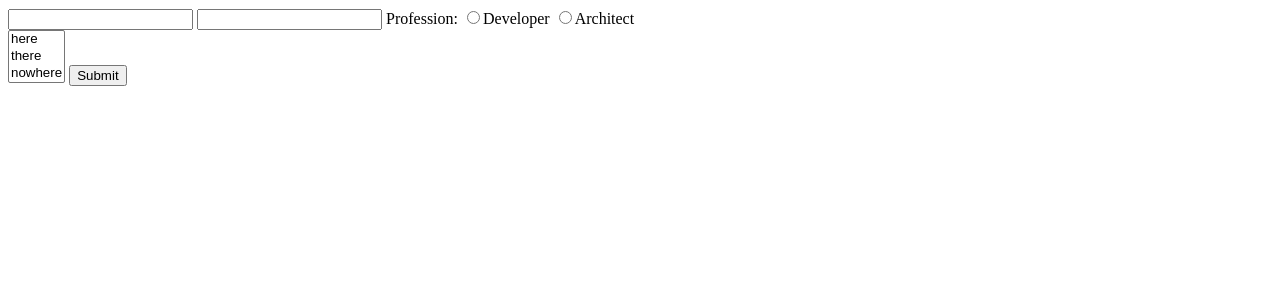
Repository: edwinisnow/jsp-servlets-demo
Page: SimpleServletProject/src/main/webapp/SimpleForm.html
The author's editor kept a copy of each file at every save. The page is drawn from the files as they stood at one save, then again after the next save.
The browser window is 1280 px wide. The pictures show the whole page.

Above is the page before, as saved 2024-05-05 23:31:17.

After the next save:
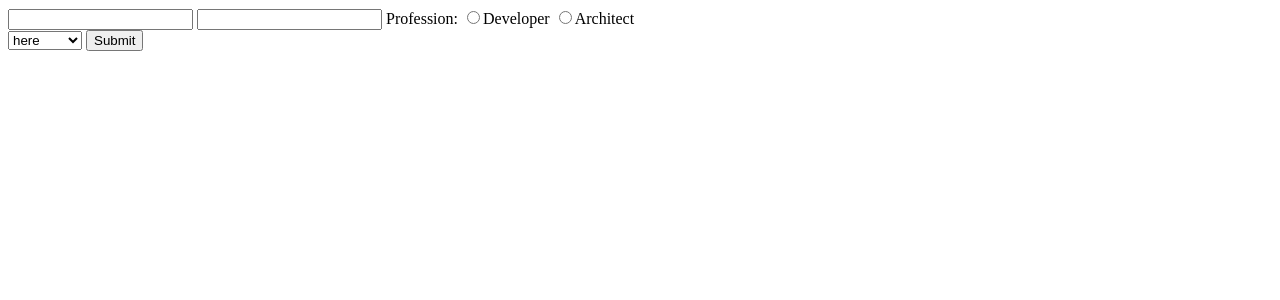
Saved 31 s later.
--- a/SimpleServletProject/src/main/webapp/SimpleForm.html
+++ b/SimpleServletProject/src/main/webapp/SimpleForm.html
@@ -13,7 +13,7 @@
 	<input type="radio" name="prof" value="Developer">Developer</input>
 	<input type="radio" name="prof" value="Architect">Architect</input>
 	<br/>
-	<select name="location" mulitple size=3>
+	<select name="location" mulitple="size=3">
 		<option value="here">here</option>
 		<option value="there">there</option>
 		<option value="nowhere">nowhere</option>
